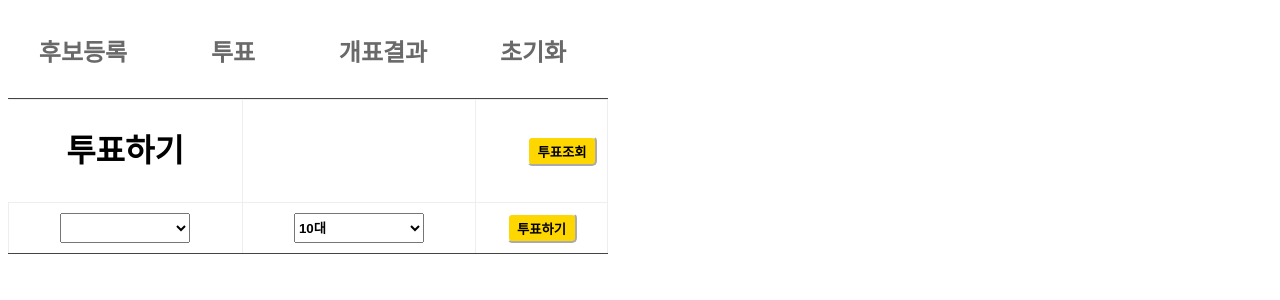
Repository: noheul1030/KOPO-HTML
Page: http://localhost/Tupyo/Tupyo/B_01_H.jsp
An editor plug-in stored every save of this project. The page is shown before and after the next save, followed by the edit.
The browser window is 1280 px wide. The pictures show the whole page.
The page is served by Tomcat 9. Queries for data that is not in the repository find no rows.

Above is the page before, as saved 2023-06-04 07:41:32.

### Tupyo/src/main/webapp/Tupyo/B_01_H.jsp
<meta http-equiv="Content-Type" content="text/html; charset=utf-8" />
<%@ page contentType="text/html; charset=UTF-8" %>
<%@ page import="java.util.*" %> <!--java import-->
<%@ page import="java.io.*"%> <!--java import-->
<%@ page import="java.sql.*"%> <!--java import-->
<html>
	<head>
		<title>투표 B_01_H.jsp</title>
		<style>
    		table {
    			text-align: center;
   				border: 0;
   				solid black;
   				width: 600px;
   				border-collapse: collapse;
   				cellspacing="1"}
    		th, td {
		    border-bottom: 1px solid #444444;
		    padding: 10px;
			}
			th:first-child, td:first-child {
			  border-left: none;
			}
    		a {text-decoration-line: none;  color: #696969;}
			h2:hover {
			 box-shadow: 0 0 40px 40px #ffd700 inset;
			}
    		h1,h2,h4 {margin-top: 15px; text-align: center;}
    		.fourth {
			  background: gold;
			  border-color: white;
			  color: black;
			  background-image: linear-gradient(45deg, yellow 50%, transparent 50%);
			  background-position: 100%;
			  background-size: 400%;
			  transition: background 300ms ease-in-out;
			  border-radius: 5px;
			}

			.fourth:hover {
			  background-position: 0;
			}
			select{
				width: 130px; height: 30px; padding: 0px;font-weight: bold;
			}
			select:hover {
			 background: #f5f5f5 50% ;
			}
    	</style>
	</head>
	<body>
<%
		//DB연동
		Class.forName("com.mysql.jdbc.Driver");
		//Connection conn = DriverManager.getConnection("jdbc:mysql://192.168.23.60:3307/kopo11","root","shdmf1030@");
		Connection conn = DriverManager.getConnection("jdbc:mysql://localhost:3306/noheul","root","shdmf1030@");
		Statement stmt = conn.createStatement();


		ResultSet rset = stmt.executeQuery("select * from HuboDB;");

%>
		<table>
    		<tr>
    			<td width = 25%><a align = center id="update" href="A_01_H.jsp" target="content"><h2>후보등록</h2></a></td>
    			<td width = 25%><a align = center id="vote" href="B_01_H.jsp" target="content"><h2>투표</h2></a></td>
    			<td width = 25%><a align = center id="result" href="C_01_H.jsp" target="content"><h2>개표결과</h2></a></td>
    			<td width = 25%><a align = center id="result" href="D_01_H.jsp" target="content"><h2>초기화</h2></a></td>
    		</tr>
		</table>

		<form method="psot">
		<table border = 1>
			<tr><td style="border-bottom: none;"><h1 align = left >투표하기</h1></td>
				<td style="border-bottom: none;"></td>
				<td colspan="2" align = right width = 22% style="border-bottom: none;">
					<input class="fourth" type="submit" value="투표조회" style="width: 70px; height: 30px; padding: 0px;font-weight: bold;" formaction = 'B_02_H.jsp'></td></tr>
			<tr>
				</form>
			<form method="post" action="B_02_H.jsp">
				<td><p align="center"><select name="choice">
<%
			List<String> list = new ArrayList<String>();
			String hubo = "";
			while (rset.next()) {
			    hubo = Integer.toString(rset.getInt(2)) + "번" + rset.getString(1);
			    list.add(hubo);
%>
					<option value="<%=hubo%>"><%=hubo%></option>
<%
			} %>
				</select></p></td>
				<td><p align="center"><select name="age">
<%			for(int i = 10; i < 100; i+=10){ %>
					<option value="<%=i%>"> <%=i%>대 </option>
<%			} %>
				</select></p></td>
				<td>
					<input class="fourth" type="submit" value="투표하기" style="width: 70px; height: 30px; padding: 0px;font-weight: bold;">
				</td>
			</tr>
		</table>
		</form>
	</body>
</html>

After the next save:
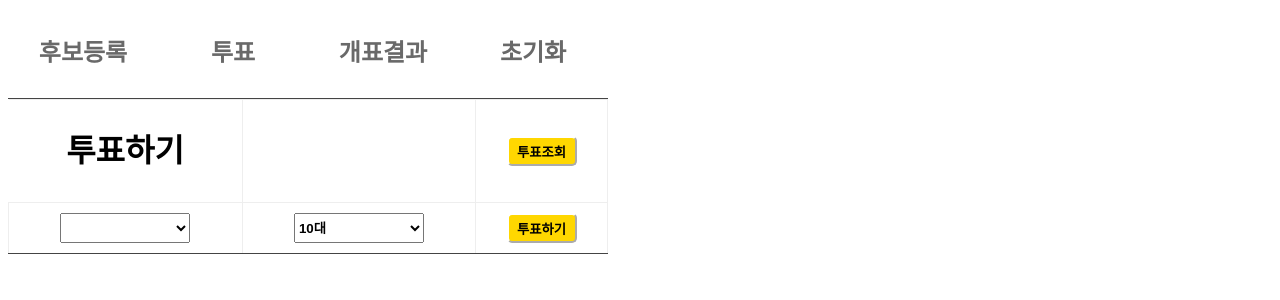
Saved 10 s later.
--- a/Tupyo/src/main/webapp/Tupyo/B_01_H.jsp
+++ b/Tupyo/src/main/webapp/Tupyo/B_01_H.jsp
@@ -73,7 +73,7 @@
 		<table border = 1>
 			<tr><td style="border-bottom: none;"><h1 align = left >투표하기</h1></td>
 				<td style="border-bottom: none;"></td>
-				<td colspan="2" align = right width = 22% style="border-bottom: none;">
+				<td colspan="2" align = center width = 22% style="border-bottom: none;">
 					<input class="fourth" type="submit" value="투표조회" style="width: 70px; height: 30px; padding: 0px;font-weight: bold;" formaction = 'B_02_H.jsp'></td></tr>
 			<tr>
 				</form>
